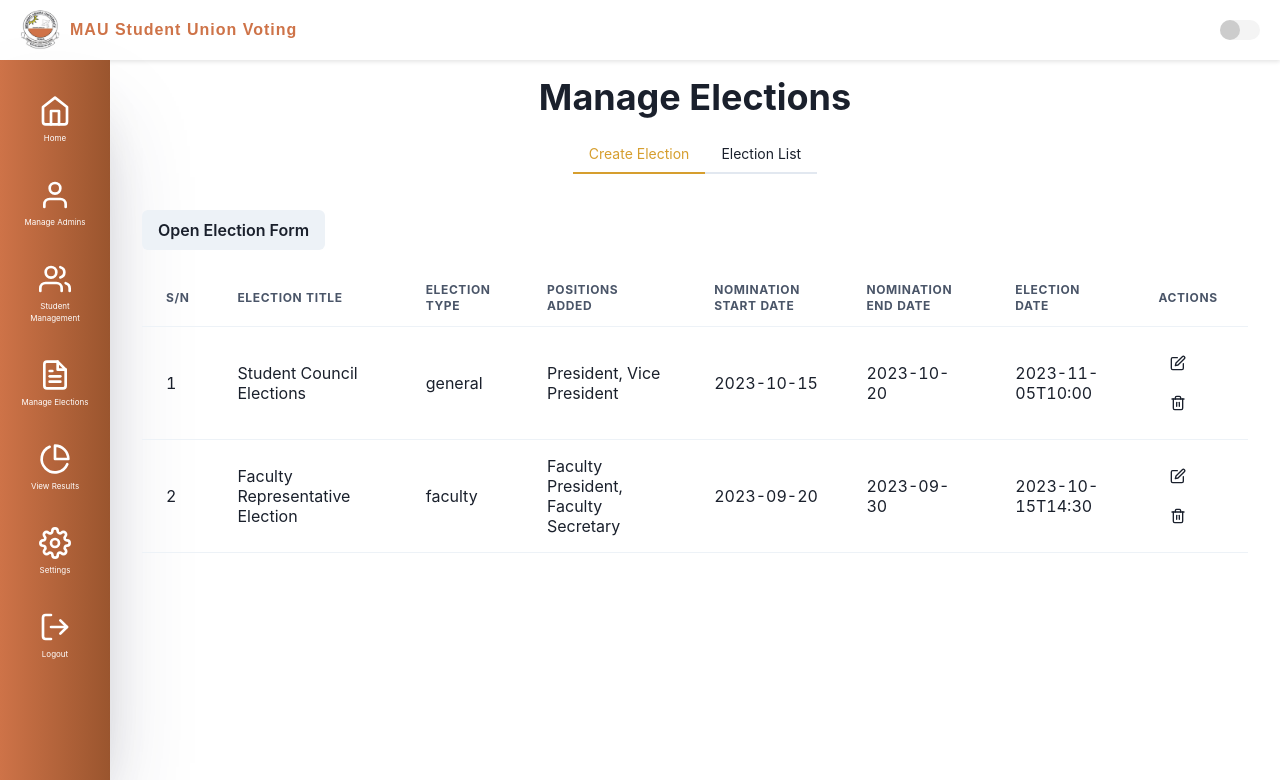
Repository: joena1o/e-vote
Page: /admin-dashboard/manage-elections
These files come from the project's save history. The page is drawn as it stood at one moment and after the next save; the edit follows.
The browser window is 1280 px wide. The pictures show the whole page.
The project was rebuilt for these pictures with package versions that can differ from the ones it lists, and the page was loaded fresh each time. Also part of the build but not shown: src/components/EnhancedLogin.js, src/components/maincontent/RegisterStudents/ManageStudents.js, src/components/maincontent/RegisterStudents/RegisterStudents.js, src/components/maincontent/RegisterStudents/StudentManagement.js, src/components/maincontent/ElectionResults/ViewResults.js, src/components/maincontent/Settings/Settings.js, src/api/index.js, src/components/maincontent/home/Home.styles.js and 15 more.

Above is the page before, as saved 2023-10-27 01:40:39.

After the next save:
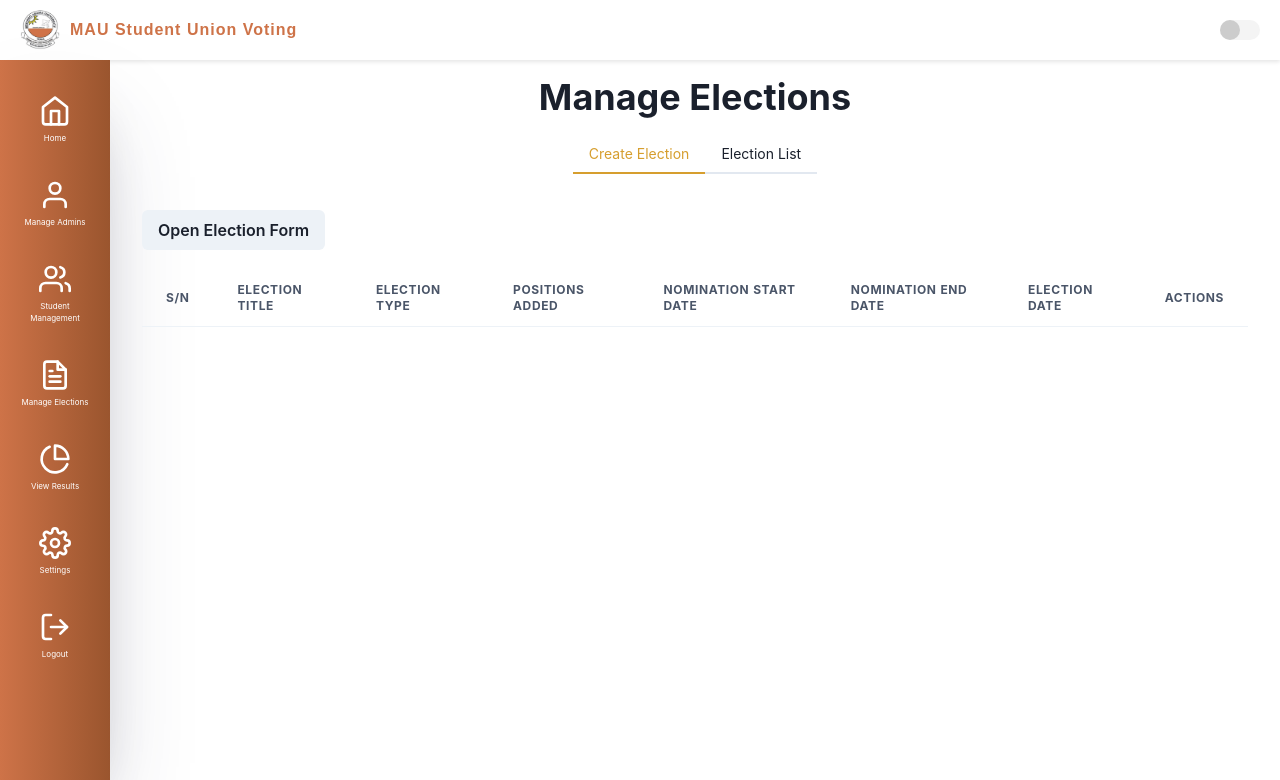
Saved 5 min 1 s later.
--- a/src/components/maincontent/ManageElections/CreateElection.js
+++ b/src/components/maincontent/ManageElections/CreateElection.js
@@ -22,7 +22,7 @@ import {
   Td,
   VStack,
   useColorMode,
-  IconButton,  // Import IconButton
+  IconButton,
 } from '@chakra-ui/react';
 import {
   FiCalendar,
@@ -31,8 +31,9 @@ import {
   FiUserCheck,
   FiClipboard,
   FiType,
-  FiEdit,  // Import FiEdit for the Edit icon
-  FiTrash2, // Import FiTrash2 for the Delete icon
+  FiEdit,
+  FiTrash2,
+  FiEye, // Import FiEye for the eye icon
 } from 'react-icons/fi';
 
 const CreateElection = () => {
@@ -43,25 +44,7 @@ const CreateElection = () => {
 
   const initialElections = [
     // Mock election data
-    {
-      electionTitle: 'Student Council Elections',
-      electionType: 'general',
-      nominationStartDate: '2023-10-15',
-      nominationEndDate: '2023-10-20',
-      electionDate: '2023-11-05T10:00',
-      positions: ['President', 'Vice President'],
-      committeeMembers: [],
-    },
-    {
-      electionTitle: 'Faculty Representative Election',
-      electionType: 'faculty',
-      nominationStartDate: '2023-09-20',
-      nominationEndDate: '2023-09-30',
-      electionDate: '2023-10-15T14:30',
-      positions: ['Faculty President', 'Faculty Secretary'],
-      committeeMembers: ['Pascal@example.com', 'Prisca@example.com'],
-    },
-    // Add more mock elections here
+    // ... (same as before)
   ];
 
   const formik = useFormik({
@@ -100,11 +83,6 @@ const CreateElection = () => {
     { value: 'Vice President', label: 'Vice President' },
   ];
 
-  const handleManageElection = (election) => {
-    // Replace this with your logic to manage the election
-    console.log('Managing election:', election);
-  };
-
   const handleEditElection = (election) => {
     // Replace this with your logic to edit the election
     console.log('Editing election:', election);
@@ -134,7 +112,7 @@ const CreateElection = () => {
               <Th className="smaller-title">Nomination Start Date</Th>
               <Th className="smaller-title">Nomination End Date</Th>
               <Th className="smaller-title">Election Date</Th>
-              <Th className="smaller-title">Actions</Th> {/* Added Actions column */}
+              <Th className="smaller-title">Actions</Th>
             </Tr>
           </Thead>
           <Tbody>
@@ -148,12 +126,17 @@ const CreateElection = () => {
                 <Td>{election.nominationEndDate}</Td>
                 <Td>{election.electionDate}</Td>
                 <Td>
-                  {/* Added action buttons */}
+                  {/* Updated to a single button with the eye icon */}
+                  <IconButton
+                    icon={<FiEye />}
+                    onClick={() => handleEditElection(election)}
+                    aria-label="View Election"
+                    colorScheme="yellow" // Yellow color for the edges
+                  />
                   <IconButton
                     icon={<FiEdit />}
                     onClick={() => handleEditElection(election)}
                     aria-label="Edit Election"
-                    mr={2}
                     variant="ghost"
                   />
                   <IconButton
@@ -175,12 +158,17 @@ const CreateElection = () => {
                 <Td>{election.nominationEndDate}</Td>
                 <Td>{election.electionDate}</Td>
                 <Td>
-                  {/* Added action buttons */}
+                  {/* Updated to a single button with the eye icon */}
+                  <IconButton
+                    icon={<FiEye />}
+                    onClick={() => handleEditElection(election)}
+                    aria-label="View Election"
+                    colorScheme="yellow" // Yellow color for the edges
+                  />
                   <IconButton
                     icon={<FiEdit />}
                     onClick={() => handleEditElection(election)}
                     aria-label="Edit Election"
-                    mr={2}
                     variant="ghost"
                   />
                   <IconButton
